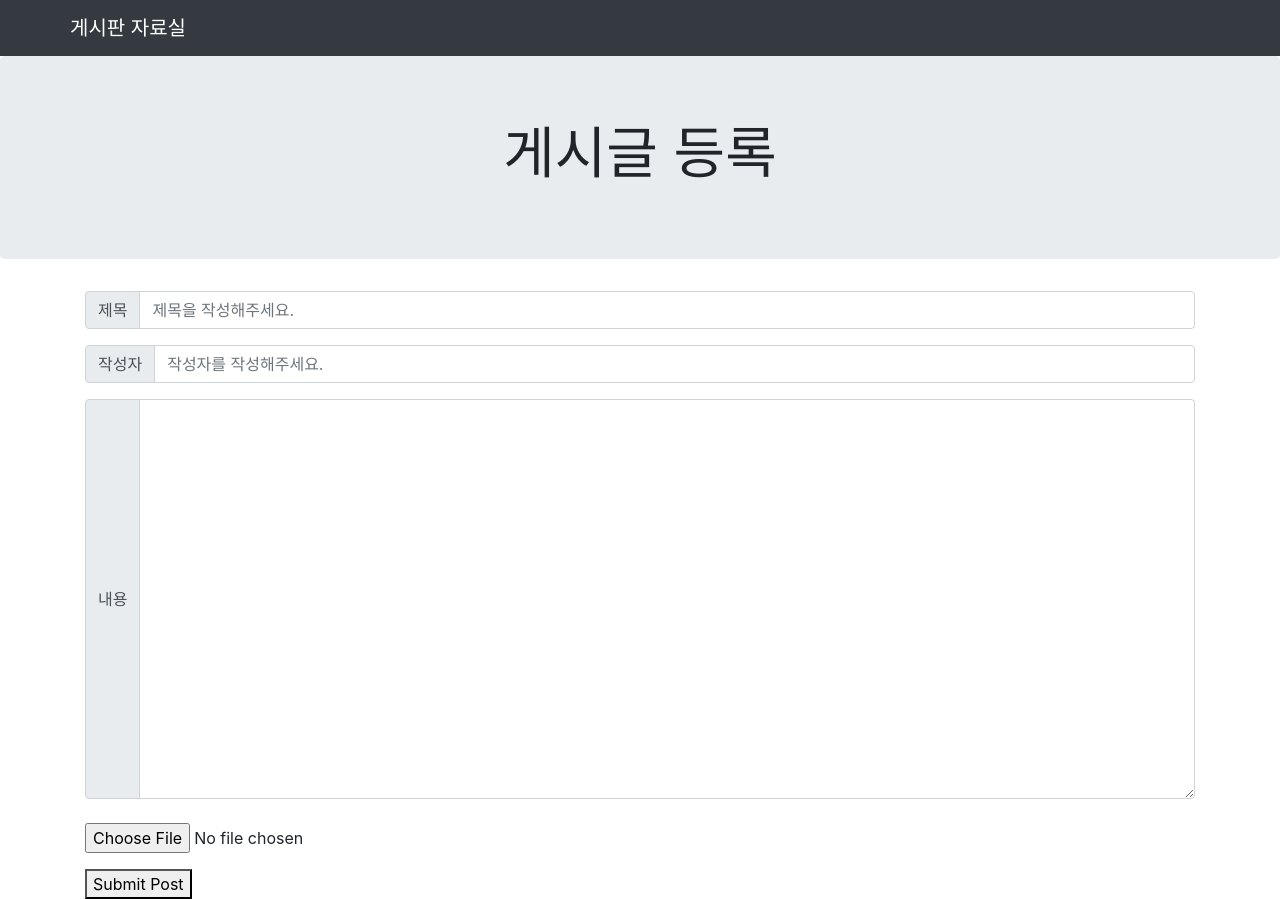
Repository: LeeKukJu/JSP-Study
Page: http://localhost/JSPBook/ch11/totaltest/boardForm.jsp
These files come from the project's save history. The page is drawn as it stood at one moment and after the next save; the edit follows.
The browser window is 1280 px wide. The pictures show the whole page.
The page is served by Tomcat 9. Nobody is signed in. The application's start-up code is not run. Other server files are loaded and not shown.

Above is the page before, as saved 2023-02-04 02:51:48.

### JSPBook/WebContent/ch11/totaltest/boardForm.jsp
<%@page import="org.apache.commons.lang3.RandomStringUtils"%>
<%@ page language="java" contentType="text/html; charset=UTF-8"
	pageEncoding="UTF-8"%>
<%@taglib prefix="c" uri="http://java.sun.com/jsp/jstl/core"%>
<!DOCTYPE html>
<html>
<head>
<meta charset="UTF-8">
<title>@304_이국주</title>
</head>
<body>
	<!--
	게시판 FORM 페이지를 작성해주세요.

	[출력 예]

	게시글 등록
	─────────────────────────────
	제목 :
	작성자 :
	내용 :
	─────────────────────────────
	첨부파일 : [파일 선택 ]
	─────────────────────────────
	등록 목록

	1) 등록 버튼을 클릭 시, 게시글 등록을 진행해주세요.
		등록을 위해 이동할 페이지(boardInsert.jsp)로 이동해서 등록 처리를 진행해주세요.
		등록이 완료되었다면 현재 등록된 상세정보 페이지(boardView)로 이동해주세요.

		(정규식)
		등록 시, 제목은 최소 모든 문자 5자에서 최대 30자까지로 설정가능하게 해주세요.
		작성자는 영소대문자, 한글만 가능하게 설정해주세요.

	2) 목록 버튼을 클릭 시, 게시판 목록 페이지로 이동해주세요(boardList.jsp)

 -->
<%
	String id = RandomStringUtils.randomAlphanumeric(6);
%>
<c:set var="boardId" value="<%=id%>"/>

	<%@include file="./menu.jsp"%>
	<div class="jumbotron">
		<div class="container" align="center">
			<h1 class="display-4">게시글 등록</h1>
		</div>
	</div>

	<div class="container">

		<form action="./boardView?" method="post">
			<!-- id -->
			<input type="hidden" name="id" value="${boardId}">

			<!-- 제목 -->
			<div class="input-group mb-3">
				<div class="input-group-prepend">
					<span class="input-group-text" id="basic-addon1">제목</span>
				</div>
				<input type="text" class="form-control" name="title"
					placeholder="제목을 작성해주세요." aria-label="Username"
					aria-describedby="basic-addon1">
			</div>

			<!-- 작성자 -->
			<div class="input-group mb-3">
				<div class="input-group-prepend">
					<span class="input-group-text" id="basic-addon2">작성자</span>
				</div>
				<input type="text" class="form-control" name="author"
					placeholder="작성자를 작성해주세요." aria-label="Username"
					aria-describedby="basic-addon2">
			</div>

			<div class="input-group">
				<div class="input-group-prepend">
					<span class="input-group-text">내용</span>
				</div>
				<textarea class="form-control" name="content" style="height: 400px;"
					aria-label="With textarea"></textarea>
			</div><br>

			<!-- 파일 업로드 -->
			<div class="input-group mb-3">
				<input type="file" name="filename">
			</div>

			<!-- Submit Button -->
			<button type="submit" value="Submit Post" name="submit_post_btn" />
			Submit Post
			</button>
		</form>
	</div>
</body>
</html>

### JSPBook/WebContent/ch11/totaltest/menu.jsp
<%@ page language="java" contentType="text/html; charset=UTF-8"
	pageEncoding="UTF-8"%>
<link rel="stylesheet" href="https://maxcdn.bootstrapcdn.com/bootstrap/4.0.0/css/bootstrap.min.css"/>
<!--
	메뉴를 제공하는 페이지를 구성해주세요.
	- 메뉴를 구성하고 각 페이지(view)를 담당하는 jsp 마다 페이지 모듈화를 진행해주세요.

	[상단 메뉴 구성]
	게시판  자료실 -> boardList.jsp 요청 ( 시큐리티 작동하도록)
 -->

<nav class="navbar navbar-expand navbar-dark bg-dark">
	<div class="container">
		<div class="navbar-header">
			<a class="navbar-brand" href="./boardList.jsp">게시판 자료실</a>
		</div>
	</div>
</nav>

After the next save:
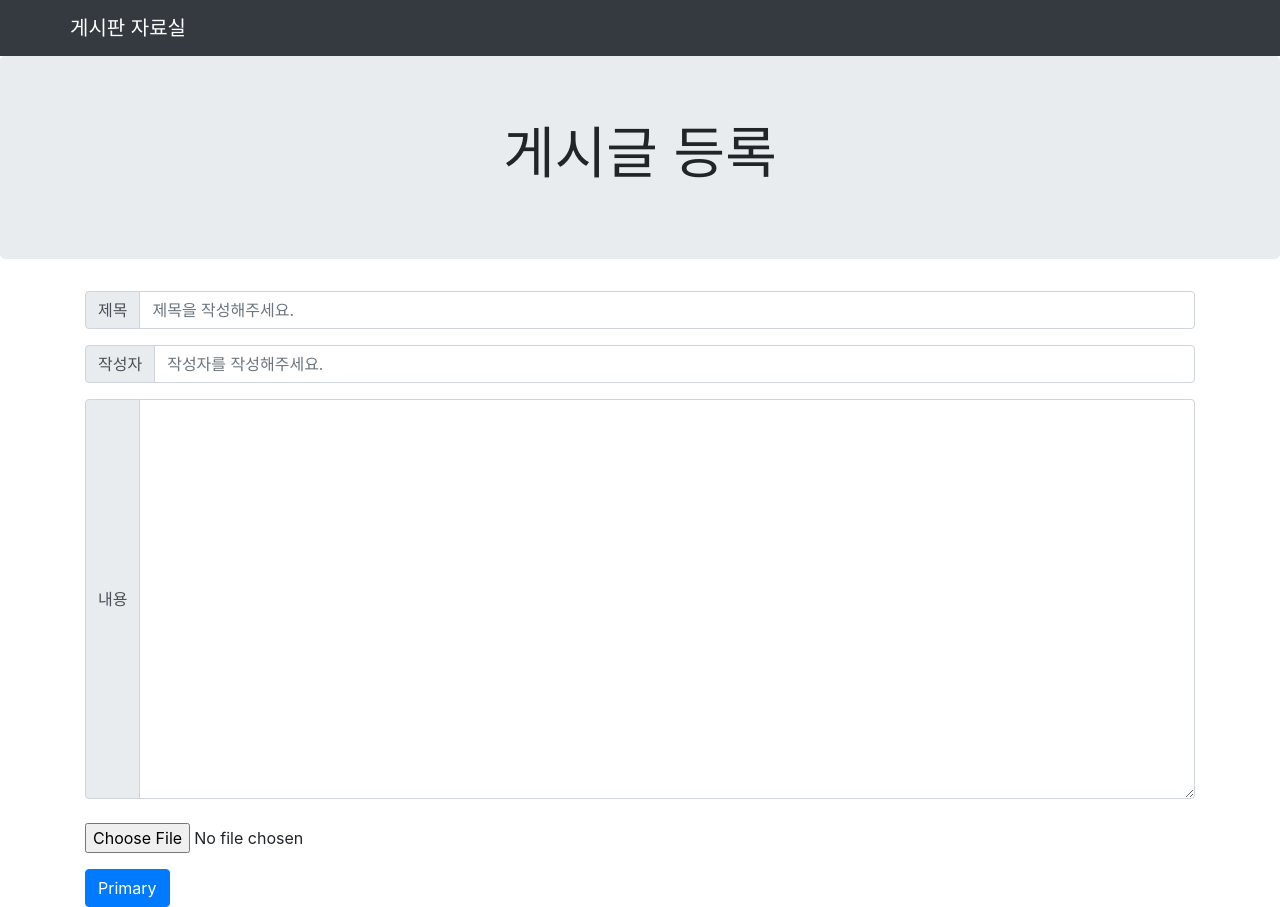
Saved 114 s later.
--- a/JSPBook/WebContent/ch11/totaltest/boardForm.jsp
+++ b/JSPBook/WebContent/ch11/totaltest/boardForm.jsp
@@ -87,9 +87,7 @@
 			</div>
 
 			<!-- Submit Button -->
-			<button type="submit" value="Submit Post" name="submit_post_btn" />
-			Submit Post
-			</button>
+			<button type="button" class="btn btn-primary">Primary</button>
 		</form>
 	</div>
 </body>
